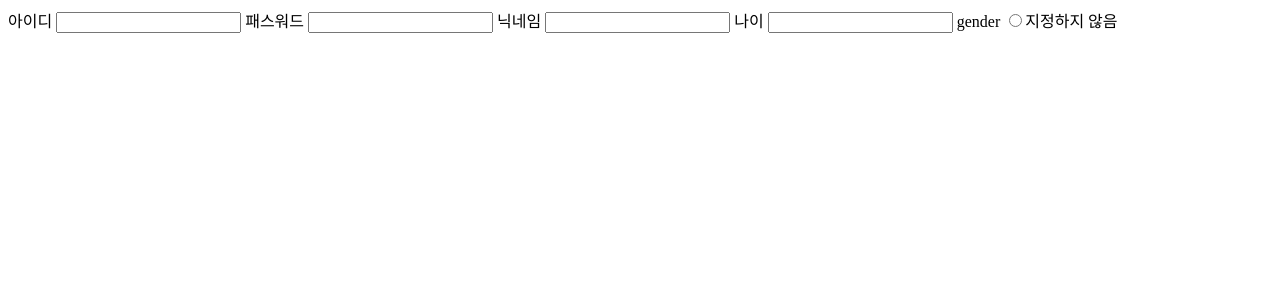
Repository: HwangEojin/homework
Page: http://localhost/day04_mybatis/
An editor plug-in stored every save of this project. The page is shown before and after the next save, followed by the edit.
The browser window is 1280 px wide. The pictures show the whole page.
The page is served by Tomcat 9. Other server files are loaded and not shown.

Above is the page before, as saved 2025-01-15 02:05:27.

### week09/day04_mybatis/src/main/webapp/index.jsp
<%@ page language="java" contentType="text/html; charset=UTF-8"
	pageEncoding="UTF-8"%>
<!DOCTYPE html>
<html>
<head>
<meta charset="UTF-8">
<title>Insert title here</title>
</head>

<style>

	form{
	diplay:flex;
	flex-direction : column;
	}
</style>
<body>


	<form action="MyServlet" method="get">
		<label>
			아이디
			<input type="text"></input>
		</label>

		<label>
			패스워드
			<input type="password"></input>
		</label>

		<label>
			닉네임
			<input type="text"></input>
		</label>

		<label>
			나이
			<input type="text"></input>
		</label>

		<label>
			gender
			<input type="radio">지정하지 않음</input>
		</label>

	</form>

</body>
</html>

After the next save:
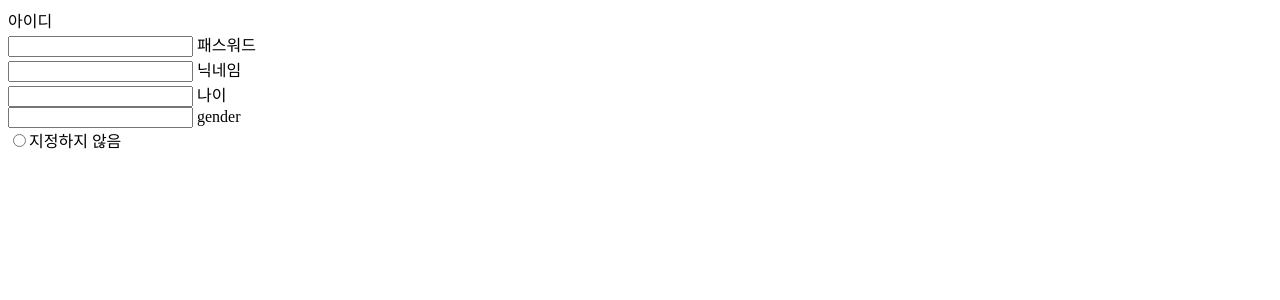
Saved 41 s later.
--- a/week09/day04_mybatis/src/main/webapp/index.jsp
+++ b/week09/day04_mybatis/src/main/webapp/index.jsp
@@ -7,39 +7,32 @@
 <title>Insert title here</title>
 </head>
 
-<style>
-
-	form{
-	diplay:flex;
-	flex-direction : column;
-	}
-</style>
 <body>
 
 
 	<form action="MyServlet" method="get">
 		<label>
-			아이디
+			아이디<br>
 			<input type="text"></input>
 		</label>
 
 		<label>
-			패스워드
+			패스워드<br>
 			<input type="password"></input>
 		</label>
 
 		<label>
-			닉네임
+			닉네임<br>
 			<input type="text"></input>
 		</label>
 
 		<label>
-			나이
+			나이<br>
 			<input type="text"></input>
 		</label>
 
 		<label>
-			gender
+			gender<br>
 			<input type="radio">지정하지 않음</input>
 		</label>
 
